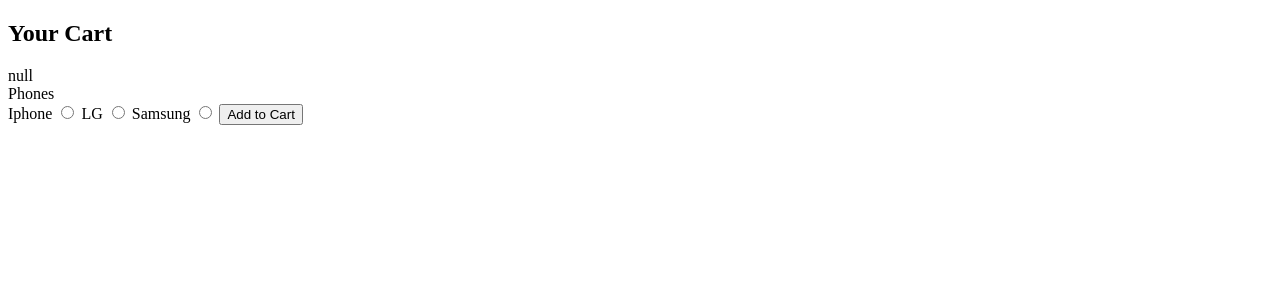
Repository: aishwarya-sankhla/JavaTraining
Page: http://localhost/MiniShoppingCart/Second.jsp
The author's editor kept a copy of each file at every save. The page is drawn from the files as they stood at one save, then again after the next save.
The browser window is 1280 px wide. The pictures show the whole page.
The page is served by Tomcat 9.

Above is the page before, as saved 2018-10-03 10:26:36.

After the next save:
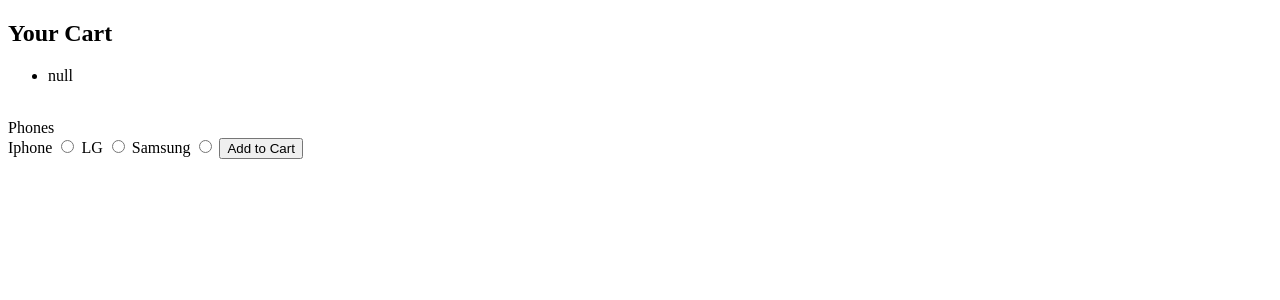
Saved 39 s later.
--- a/MiniShoppingCart/WebContent/Second.jsp
+++ b/MiniShoppingCart/WebContent/Second.jsp
@@ -8,9 +8,9 @@
 </head>
 <body>
 <h2>Your Cart</h2>
-<%
-	out.println(session.getAttribute("book"));
-%>
+<ul>
+	<li><%out.println(session.getAttribute("book"));%></li>
+</ul>
 <br>
 <form action="CartServlet">
 	<label>Phones</label><br>
